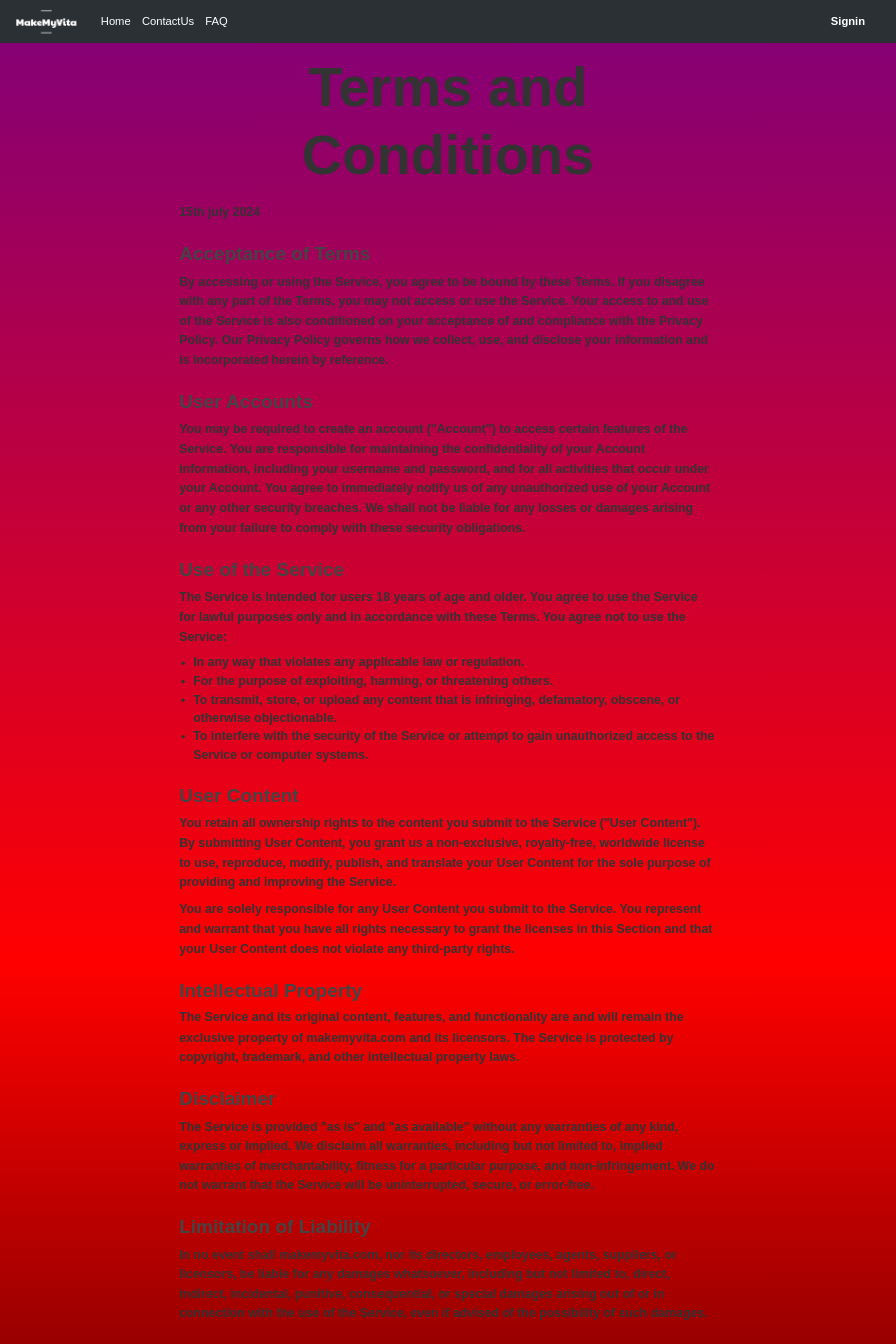
Repository: Tejaakshaykumar/MakeMyVita-Resume-Builder-Website
Page: /T&C (app in frontend/)
An editor plug-in stored every save of this project. The page is shown before and after the next save, followed by the edit.
The browser window is 1280 px wide. The pictures show the part of the page from y = 0 to 1920 px (the page is 2936 px tall), at 70% of full size.
Some web libraries are served in a nearby version. The project was rebuilt for these pictures with package versions that can differ from the ones it lists, and the page was loaded fresh each time. Also part of the build but not shown: frontend/src/App.css, frontend/src/containers/About.js, frontend/src/containers/Buildresume.js, frontend/src/containers/Images.js, frontend/src/containers/Features.js, frontend/src/containers/Review.js, frontend/src/containers/Trybox.js, frontend/src/containers/Motionbox.js and 5 more.

Above is the page before, as saved 2024-06-10 11:46:05.

After the next save:
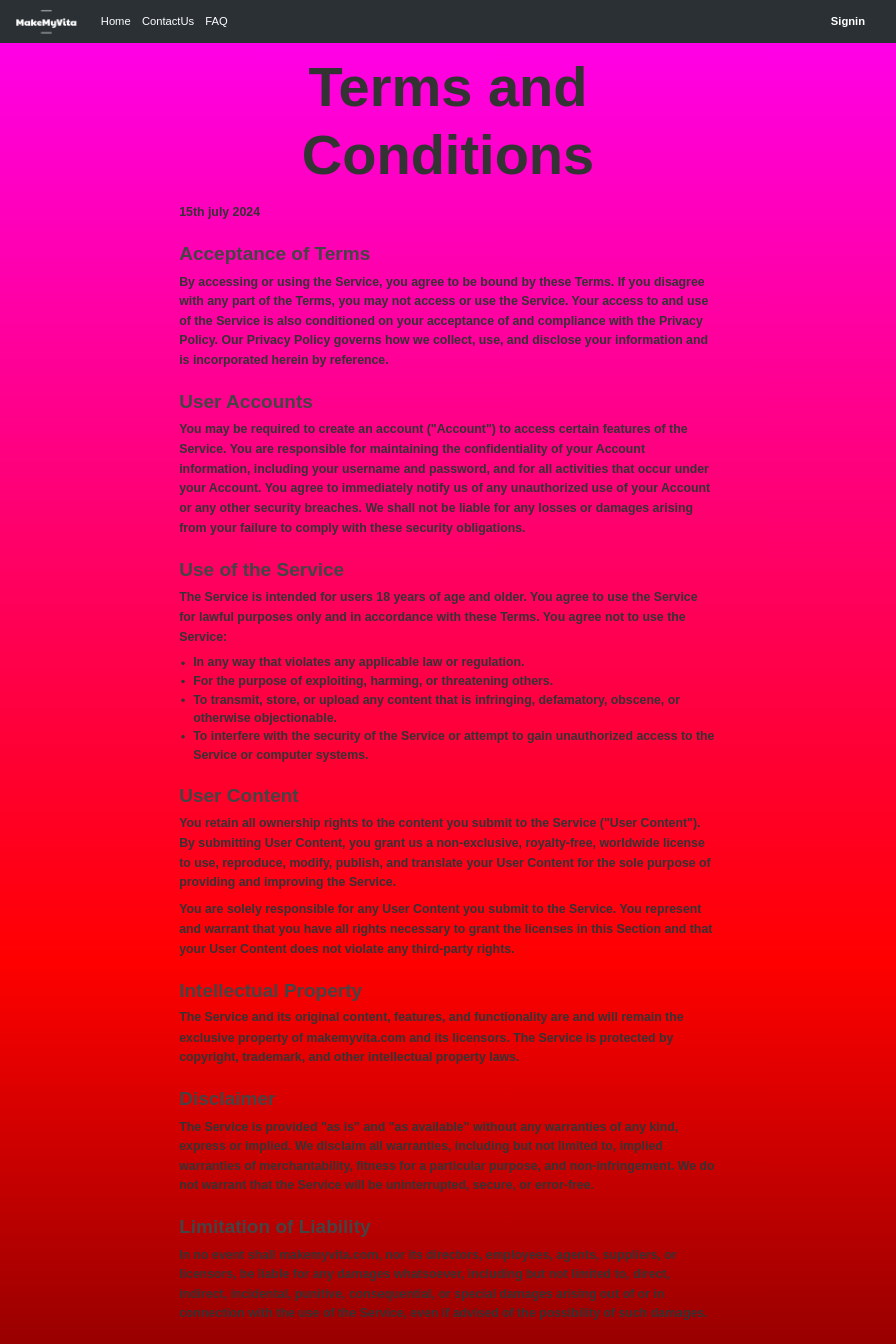
Saved 4 s later.
--- a/frontend/src/pages/pagestyles.css
+++ b/frontend/src/pages/pagestyles.css
@@ -5,7 +5,7 @@
     /* margin: 0 auto; */
     padding: 6% 20%;
     font-family: Arial, sans-serif;
-    background: linear-gradient(to top,rgb(0, 0, 0),rgb(255, 0, 0),rgb(128, 0, 122));
+    background: linear-gradient(to top,rgb(0, 0, 0),rgb(255, 0, 0),rgb(255, 0, 242));
     color: #333;
     /* margin-top: 7%; */
     margin-bottom: -2%;
